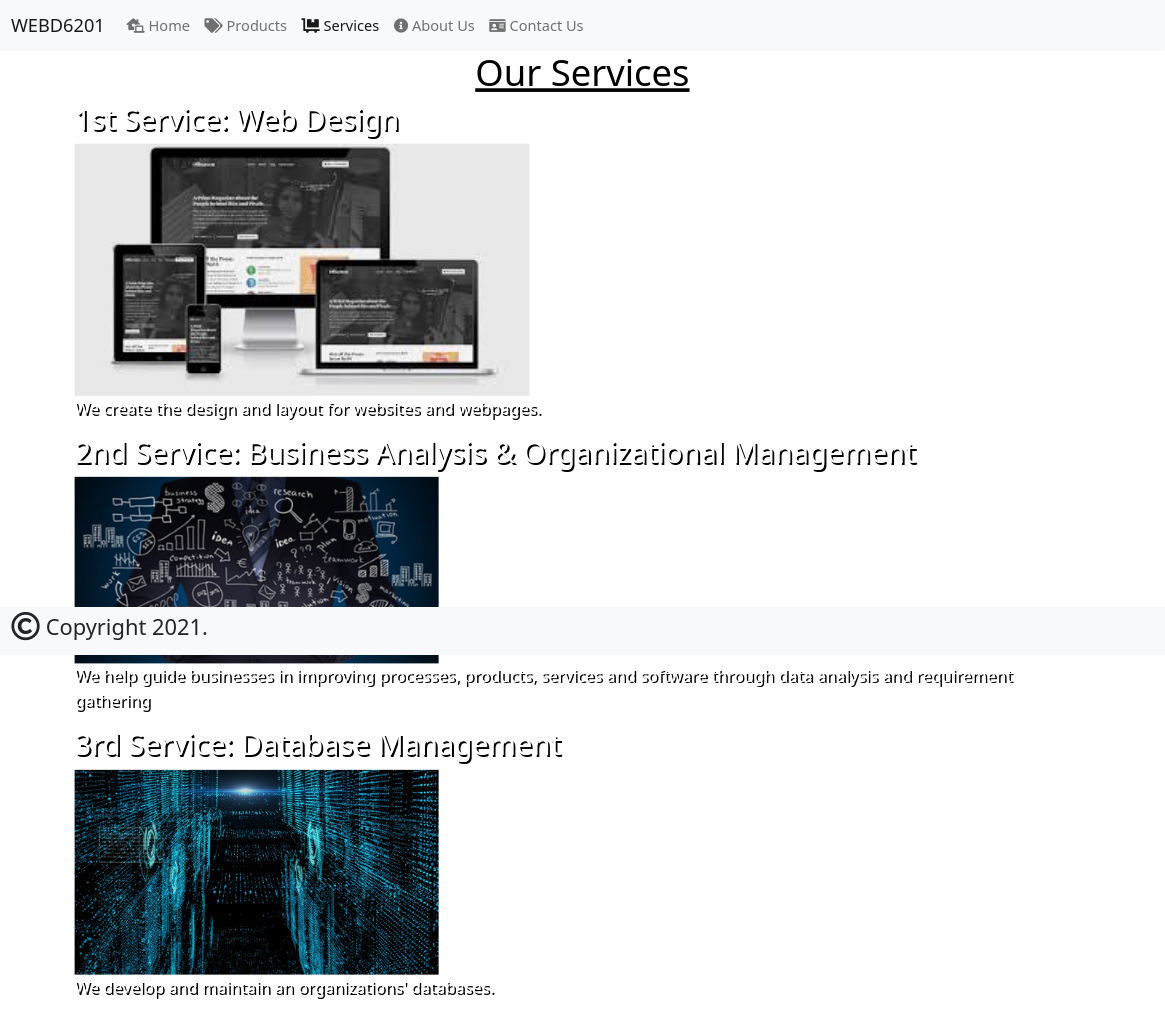
Repository: MuzhdaEhsan/WEBD6201-W2021-Lab1
Page: services.html
An editor plug-in stored every save of this project. The page is shown before and after the next save, followed by the edit.
The browser window is 1280 px wide. The pictures show the whole page, at 91% of full size.

Above is the page before, as saved 2021-02-06 18:18:13.

After the next save:
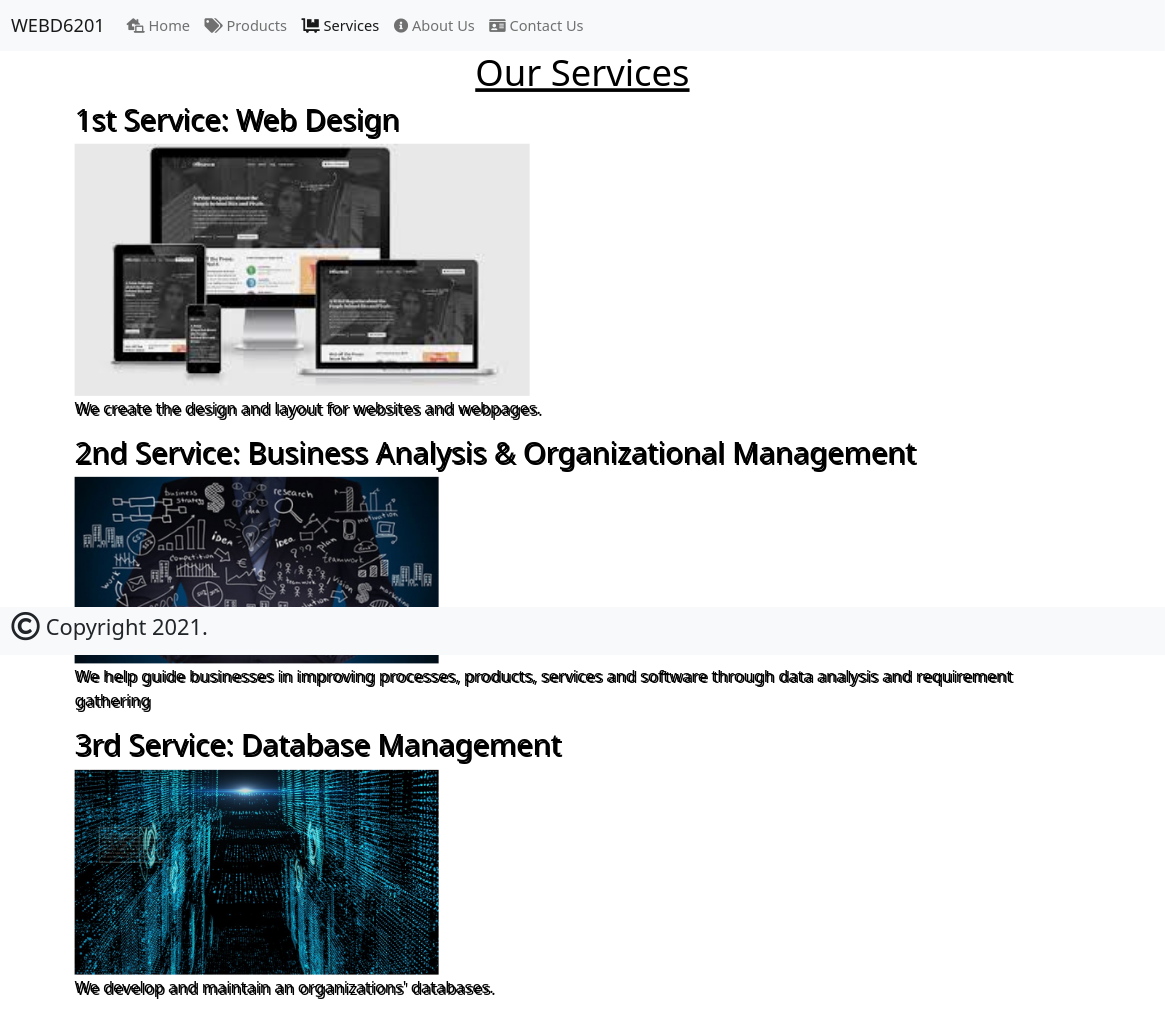
Saved 12 s later.
--- a/Content/app.css
+++ b/Content/app.css
@@ -16,7 +16,7 @@
 
 
 h2{
-    color:white;
+    color:Black;
     text-align: left;
     text-shadow: 2px 2px #000000;
 }
@@ -24,7 +24,7 @@
 
 
 p{
-    color:white;
+    color:Black;
     font-size: large;
     text-shadow: 2px 2px #000000;
 }
